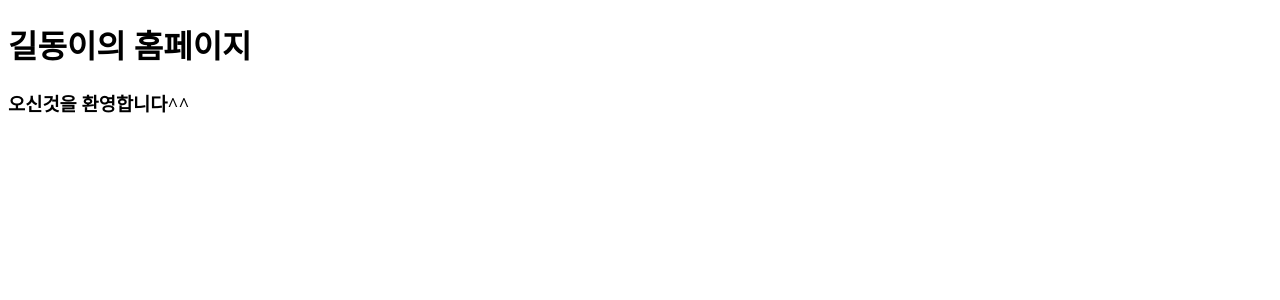
Repository: kkw2758/Front-end
Page: http://localhost/jsp_suvlet_ex01/
The author's editor kept a copy of each file at every save. The page is drawn from the files as they stood at one save, then again after the next save.
The browser window is 1280 px wide. The pictures show the whole page.
The page is served by Tomcat 9. Other server files are loaded and not shown.

Above is the page before, as saved 2023-02-27 01:21:58.

### backend_work/JAVA/day02/jsp_suvlet_ex01/webapp/index.jsp
<%@ page language="java" contentType="text/html; charset=UTF-8"
    pageEncoding="UTF-8"%>
<!DOCTYPE html>
<html>
<head>
<meta charset="UTF-8">
<title>webapp/index.jsp</title>
</head>
<body>
	<h1>길동이의 홈페이지</h1>
	<h3>오신것을 환영합니다^^</h3>

</body>
</html>
<!--
[ JSP에서 젠코딩 가능하게 하려면 ]
marketplace에서 emmet 검색 및 설치
이클립스 Window > Preferences에서  emmet 설정에 .jsp 확장자 추가
-->

After the next save:
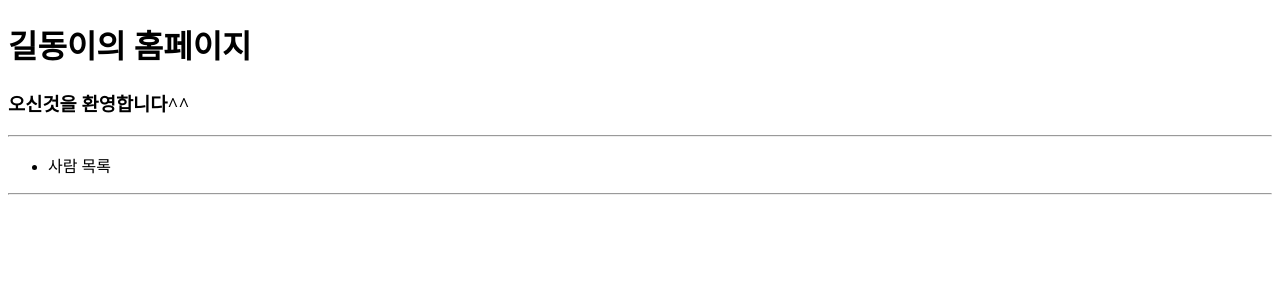
Saved 72 s later.
--- a/backend_work/JAVA/day02/jsp_suvlet_ex01/webapp/index.jsp
+++ b/backend_work/JAVA/day02/jsp_suvlet_ex01/webapp/index.jsp
@@ -9,6 +9,11 @@
 <body>
 	<h1>길동이의 홈페이지</h1>
 	<h3>오신것을 환영합니다^^</h3>
+	<hr/>
+	<ul>
+		<li>사람 목록</li>
+	</ul>
+	<hr/>
 
 </body>
 </html>
